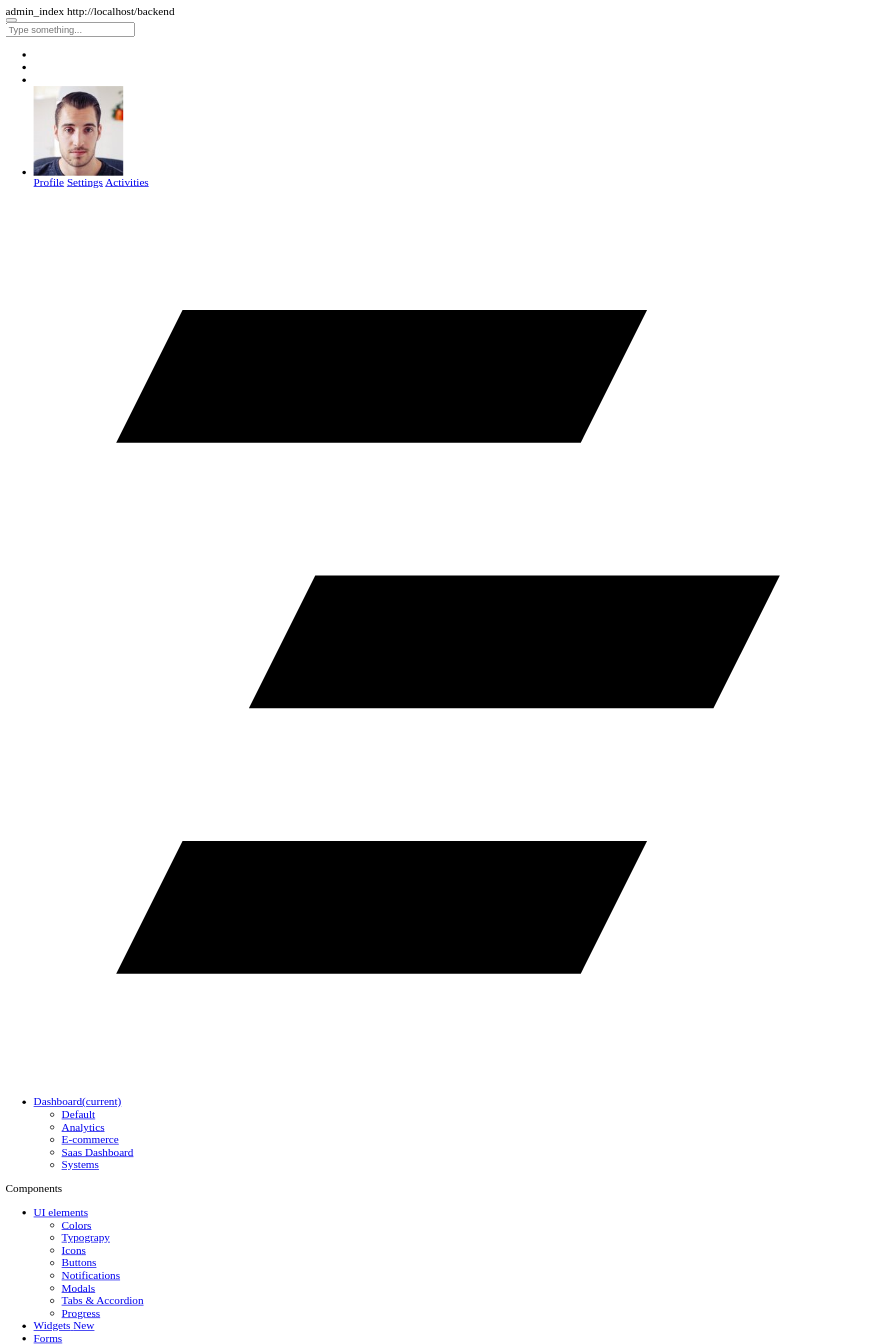
Repository: AmirHaziqHafiz113/aduan
Page: http://localhost/dashboard
The author's editor kept a copy of each file at every save. The page is drawn from the files as they stood at one save, then again after the next save.
The browser window is 1280 px wide. The pictures show the part of the page from y = 0 to 1920 px (the page is 8042 px tall before and 8082 px after), at 70% of full size.
The page is served by the project's Laravel application, run on PHP 8.4 with Laravel 9. The first stored user is signed in. The database holds what the project's SQL file puts in it.

Above is the page before, as saved 2022-11-10 16:00:07.
Console error: ReferenceError: ApexCharts is not defined

After the next save:
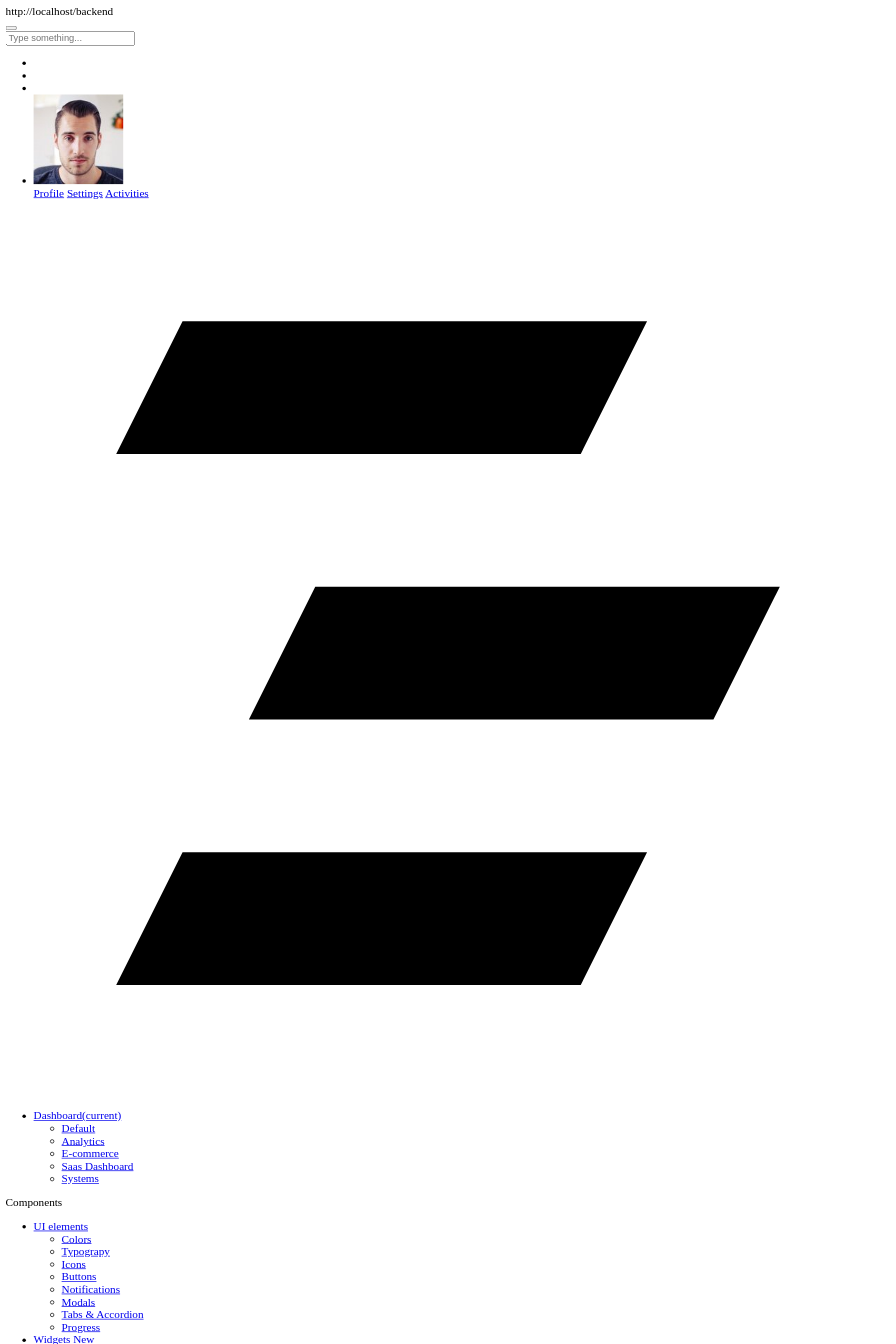
Saved 19 s later.
--- a/resources/views/admin/admin_index.blade.php
+++ b/resources/views/admin/admin_index.blade.php
@@ -1,4 +1,2 @@
 @extends('admin.admin_master')
 @section('admin')
-
-{{ __('admin_index') }}
